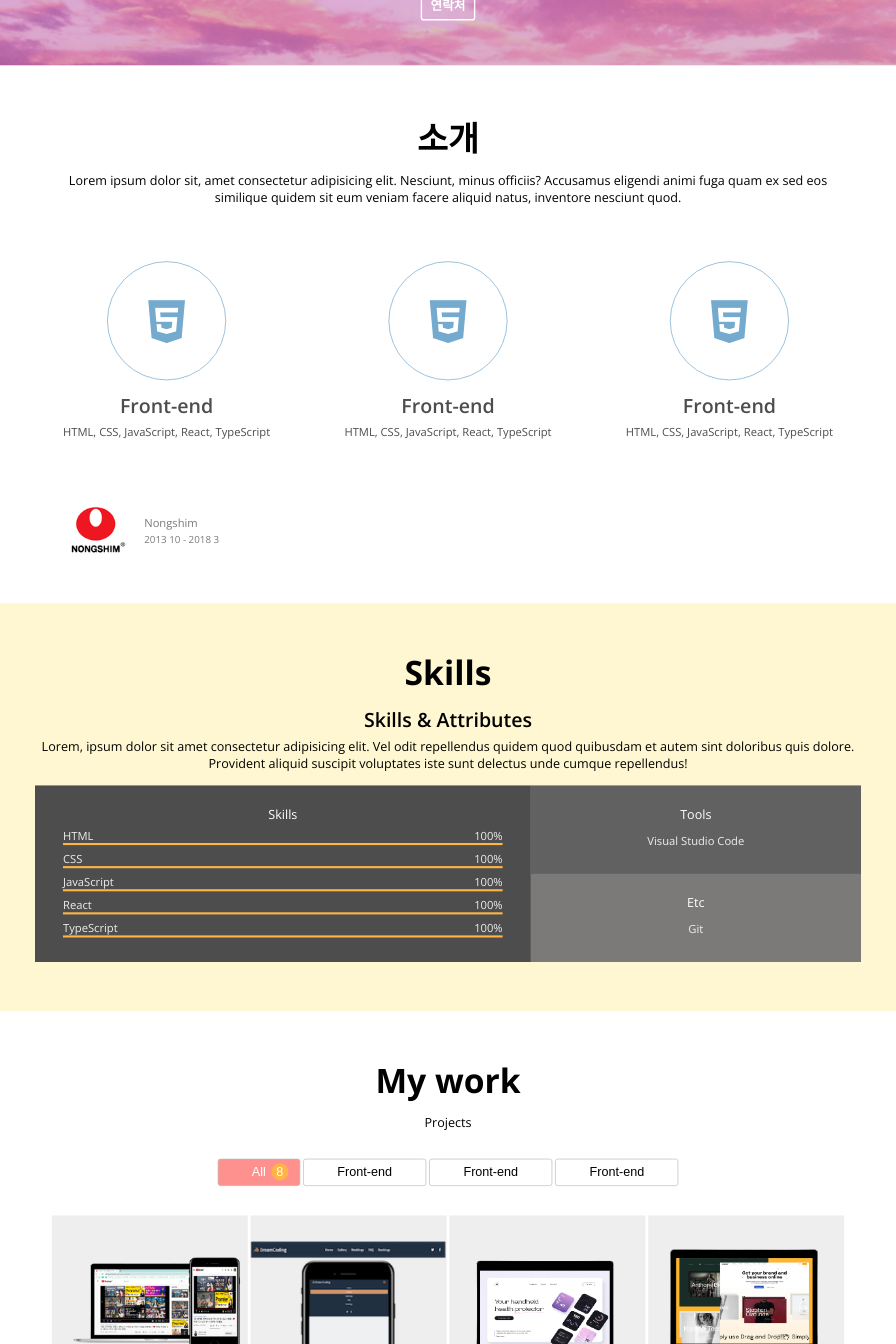
Repository: beomsu9696/Dream_Coding_Academy4
Page: index.html
These files come from the project's save history. The page is drawn as it stood at one moment and after the next save; the edit follows.
The browser window is 1280 px wide. The pictures show the part of the page from y = 636 to 2556 px (the page is 3971 px tall before and 4053 px after), at 70% of full size.
Some web libraries are served in a nearby version.

Above is the page before, as saved 2021-03-19 18:22:19.

### index.html
<!DOCTYPE html>
<html lang="en">
  <head>
    <meta charset="UTF-8" />
    <meta name="viewport" content="width=device-width, initial-scale=1.0" />
    <title>김범수 포트폴리오</title>
    <meta name="description" content="Portfolio" />
    <meta name="author" content="Beomsu" />
    <link rel="icon" type="image/png" href="images/favicon.png" />
    <script
      src="https://kit.fontawesome.com/c90a48a564.js"
      crossorigin="anonymous"
    ></script>
    <link rel="preconnect" href="https://fonts.gstatic.com" />
    <link
      href="https://fonts.googleapis.com/css2?family=Open+Sans:wght@400;600;700&display=swap"
      rel="stylesheet"
    />
    <link rel="stylesheet" href="style.css" />
    <script src="main.js" defer></script>
  </head>
  <body>
    <!-- Navbar -->
    <nav id="navbar">
      <div class="navbar__logo">
        <i class="fab fa-diaspora"></i>
        <a href="#">김범수 포트폴리오</a>
      </div>
      <ul class="navbar__menu">
        <li class="navbar__menu__item active" data-link="#home">홈</li>
        <li class="navbar__menu__item" data-link="#about">소개</li>
        <li class="navbar__menu__item" data-link="#skills">기술</li>
        <li class="navbar__menu__item" data-link="#work">프로젝트</li>
        <li class="navbar__menu__item" data-link="#testimonials">추천사</li>
        <li class="navbar__menu__item" data-link="#contact">연락처</li>
      </ul>
      <!-- Togglle button -->
      <button class="navbar__toggle-btn">
        <i class="fas fa-bars"></i>
      </button>
    </nav>
    <!-- Home -->
    <section id="home">
      <div class="home__container">
        <img
          src="images/IMG_1234.JPG"
          alt="profile photo"
          class="home__avatar"
        />
        <h1 class="home__title">
          안녕하세요, <br />프론트엔드 개발자 김범수 입니다.
        </h1>
        <h2 class="home__description">구직중 🇰🇷</h2>
        <button class="home__contact">연락처</button>
      </div>
    </section>
    <!-- About -->
    <section id="about" class="section section__container">
      <h1>소개</h1>
      <p>
        Lorem ipsum dolor sit, amet consectetur adipisicing elit. Nesciunt,
        minus officiis? Accusamus eligendi animi fuga quam ex sed eos similique
        quidem sit eum veniam facere aliquid natus, inventore nesciunt quod.
      </p>
      <div class="about__majors">
        <div class="major">
          <div class="major__icon">
            <i class="fab fa-html5"></i>
          </div>
          <h2 class="major__title">Front-end</h2>
          <div class="major__description">
            HTML, CSS, JavaScript, React, TypeScript
          </div>
        </div>
        <div class="major">
          <div class="major__icon">
            <i class="fab fa-html5"></i>
          </div>
          <h2 class="major__title">Front-end</h2>
          <div class="major__description">
            HTML, CSS, JavaScript, React, TypeScript
          </div>
        </div>
        <div class="major">
          <div class="major__icon">
            <i class="fab fa-html5"></i>
          </div>
          <h2 class="major__title">Front-end</h2>
          <div class="major__description">
            HTML, CSS, JavaScript, React, TypeScript
          </div>
        </div>
      </div>
      <div class="about__jobs">
        <div class="job">
          <img
            src="images/jobs/logo-nongshim.png"
            alt="nongshim"
            class="job__logo"
          />
          <div class="job__description">
            <p class="job__name">Nongshim</p>
            <p class="job__period">2013 10 - 2018 3</p>
          </div>
        </div>
        <div class="job">
          <img src="" alt="" class="job__logo" />
          <div class="job__description">
            <p class="job__name"></p>
            <p class="job__period"></p>
          </div>
        </div>
      </div>
    </section>
    <!-- Skills -->
    <section id="skills" class="section">
      <div class="section__container">
        <h1>Skills</h1>
        <h2>Skills & Attributes</h2>
        <p>
          Lorem, ipsum dolor sit amet consectetur adipisicing elit. Vel odit
          repellendus quidem quod quibusdam et autem sint doloribus quis dolore.
          Provident aliquid suscipit voluptates iste sunt delectus unde cumque
          repellendus!
        </p>
        <div class="skillset">
          <div class="skillset__left">
            <h3 class="skillset__title">Skills</h3>
            <div class="skill">
              <div class="skill__description">
                <span>HTML</span>
                <span>100%</span>
              </div>
              <!-- <progress value="100" max="100"></progress> -->
              <div class="skill__bar">
                <div class="skill__value" style="width: 100%"></div>
              </div>
            </div>
            <div class="skill">
              <div class="skill__description">
                <span>CSS</span>
                <span>100%</span>
              </div>
              <div class="skill__bar">
                <div class="skill__value"></div>
              </div>
            </div>
            <div class="skill">
              <div class="skill__description">
                <span>JavaScript</span>
                <span>100%</span>
              </div>
              <div class="skill__bar">
                <div class="skill__value"></div>
              </div>
            </div>
            <div class="skill">
              <div class="skill__description">
                <span>React</span>
                <span>100%</span>
              </div>
              <div class="skill__bar">
                <div class="skill__value"></div>
              </div>
            </div>
            <div class="skill">
              <div class="skill__description">
                <span>TypeScript</span>
                <span>100%</span>
              </div>
              <div class="skill__bar">
                <div class="skill__value"></div>
              </div>
            </div>
          </div>
          <div class="skillset__right">
            <div class="tools">
              <h3 class="skillset__title">Tools</h3>
              <ul class="tools__list">
                <li><span>Visual Studio Code</span></li>
              </ul>
            </div>
            <div class="etc">
              <h3 class="skillset__title">Etc</h3>
              <ul class="etc__list">
                <li><span>Git</span></li>
              </ul>
            </div>
          </div>
        </div>
      </div>
    </section>
    <!-- Work -->
    <section id="work" class="section">
      <div class="section__container">
        <h1>My work</h1>
        <h3>Projects</h3>
        <div class="work__categories">
          <button class="category__btn selected" data-filter="*">
            All <span class="category__count">8</span>
          </button>
          <button class="category__btn" data-filter="front-end1">
            Front-end <span class="category__count">1</span>
          </button>
          <button class="category__btn" data-filter="front-end2">
            Front-end <span class="category__count">1</span>
          </button>
          <button class="category__btn" data-filter="front-end3">
            Front-end <span class="category__count">1</span>
          </button>
        </div>
        <div class="work__projects">
          <a href="#" class="project" target="_blank" data-type="front-end1">
            <img
              class="project__img"
              src="images/projects/project1.png"
              alt="Project1"
            />
            <div class="project__description">
              <h3>Project</h3>
              <span>Clone coding with HTML and CSS</span>
            </div>
          </a>
          <a href="#" class="project" target="_blank" data-type="front-end2">
            <img
              class="project__img"
              src="images/projects/project2.png"
              alt="Project2"
            />
            <div class="project__description">
              <h3>Project</h3>
              <span>Clone coding with HTML and CSS</span>
            </div>
          </a>
          <a href="#" class="project" target="_blank" data-type="front-end3">
            <img
              class="project__img"
              src="images/projects/project3.png"
              alt="Project3"
            />
            <div class="project__description">
              <h3>Project</h3>
              <span>Clone coding with HTML and CSS</span>
            </div>
          </a>
          <a href="#" class="project" target="_blank">
            <img
              class="project__img"
              src="images/projects/project4.png"
              alt="Project4"
            />
            <div class="project__description">
              <h3>Project</h3>
              <span>Clone coding with HTML and CSS</span>
            </div>
          </a>
          <a href="#" class="project" target="_blank">
            <img
              class="project__img"
              src="images/projects/project5.png"
              alt="Project5"
            />
            <div class="project__description">
              <h3>Project</h3>
              <span>Clone coding with HTML and CSS</span>
            </div>
          </a>
          <a href="#" class="project" target="_blank">
            <img
              class="project__img"
              src="images/projects/project6.png"
              alt="Project6"
            />
            <div class="project__description">
              <h3>Project</h3>
              <span>Clone coding with HTML and CSS</span>
            </div>
          </a>
          <a href="#" class="project" target="_blank">
            <img
              class="project__img"
              src="images/projects/project7.png"
              alt="Project7"
            />
            <div class="project__description">
              <h3>Project</h3>
              <span>Clone coding with HTML and CSS</span>
            </div>
          </a>
          <a href="#" class="project" target="_blank">
            <img
              class="project__img"
              src="images/projects/project8.png"
              alt="Project8"
            />
            <div class="project__description">
              <h3>Project</h3>
              <span>Clone coding with HTML and CSS</span>
            </div>
          </a>
        </div>
      </div>
    </section>
    <!-- Testimonials -->
    <section id="testimonials" class="section">
      <div class="section__container">
        <h1>Testimonials</h1>
        <h3>See what they say about me</h3>
        <div class="testimonials">
          <div class="testimonial">
            <img
              src="images/pig.jpg"
              alt="People"
              class="testimonial__avatar"
            />
            <div class="testimonial__speech-bubble">
              <p>
                Lorem ipsum dolor sit amet consectetur adipisicing elit.
                Corporis sequi mollitia odit commodi, neque illo. Voluptatum
                possimus illum qui dolores optio porro ipsa doloribus atque
                tenetur voluptas, distinctio nulla sit?
              </p>
              <p class="name"><a href="#">Man</a>Google</p>
            </div>
          </div>
          <div class="testimonial">
            <div class="testimonial__speech-bubble">
              <p>
                Lorem ipsum dolor sit amet consectetur adipisicing elit.
                Corporis sequi mollitia odit commodi, neque illo. Voluptatum
                possimus illum qui dolores optio porro ipsa doloribus atque
                tenetur voluptas, distinctio nulla sit?
              </p>
              <p class="name"><a href="#">Man</a>Google</p>
            </div>
            <img
              src="images/pig.jpg"
              alt="People"
              class="testimonial__avatar"
            />
          </div>
        </div>
      </div>
    </section>
    <!-- Contact -->
    <section id="contact" class="section">
      <h1 class="contact__title">Let's talk</h1>
      <h2 class="contact__email">복덩이@gmail.com</h2>
      <div class="contact__links">
        <a href="#" target="_blank">
          <i class="fab fa-github"></i>
        </a>
        <a href="#" target="_blank">
          <i class="fab fa-linkedin"></i>
        </a>
      </div>
      <p class="contact__rights">
        2021 Dream Coding Ellie - All rights reserved
      </p>
    </section>
    <!-- Arrow up -->
    <button class="arrow-up">
      <i class="fa fa-arrow-up"></i>
    </button>
  </body>
</html>

### style.css
/* Universal tags */
* {
  box-sizing: border-box;
}

body {
  margin: 0;
  font-family: "Open Sans", sans-serif;
  cursor: default;
}

a {
  text-decoration: none;
  color: var(--color-white);
}

ul {
  list-style: none;
  padding-left: 0;
}

button {
  outline: none;
  background-color: transparent;
  cursor: pointer;
  border: none;
  padding: 0;
}

/* Global */
:root {
  /* Color */
  --color-white: #ffffff;
  --color-light-white: #eeeeee;
  --color-dark-white: #bdbdbd;
  --color-pink: #fe918d;
  --color-dark-pink: #ff6863;
  --color-dark-grey: #4d4d4d;
  --color-grey: #616161;
  --color-light-grey: #7c7979;
  --color-blue: #73aace;
  --color-yellow: #fff7d1;
  --color-orange: #feb546;
  --color-black: #000000;

  /* Font size */
  --font-large: 48px;
  --font-medium: 28px;
  --font-regular: 18px;
  --font-small: 16px;
  --font-micro: 14px;

  /* Font weight */
  --weight-bold: 700;
  --weight-semi-bold: 600;
  --weight-regular: 400;

  /* Size */
  --size-border-radius: 4px;

  /* Animation */
  --animation-duration: 300ms;
}

/* Typography */

h1 {
  font-size: var(--font-large);
  font-weight: var(--weight-bold);
  color: var(--color-black);
  margin: 16px 0px;
}

h2 {
  font-size: var(--font-medium);
  font-weight: var(--weight-semi-bold);
  color: var(--color-black);
  margin: 8px 0;
}

h3 {
  font-size: var(--font-regular);
  font-weight: var(--weight-regular);
  color: var(--color-black);
  margin: 8px 0;
}

p {
  font-size: var(--font-regular);
  font-weight: var(--weight-regular);
  color: var(--color-black);
  margin: 4px 0;
}

/* Navbar */
#navbar {
  position: fixed;
  width: 100%;
  display: flex;
  justify-content: space-between;
  align-items: center;
  color: var(--color-white);
  padding: 16px;
  background-color: transparent;
  transition: all var(--animation-duration) ease-in-out;
  z-index: 1;
}

#navbar.navbar--dark {
  background-color: var(--color-pink);
  padding: 8px;
}

.navbar__menu {
  display: flex;
}

.navbar__logo {
  font-size: var(--font-medium);
  font-weight: var(--weight-semi-bold);
}

.navbar__menu__item {
  padding: 8px 12px;
  margin: 0 4px;
  cursor: pointer;
  border-radius: var(--size-border-radius);
  border: 1px solid transparent;
}

.navbar__menu__item.active {
  border: 1px solid var(--color-white);
}

.navbar__menu__item:hover {
  border: 1px solid var(--color-white);
  background-color: var(--color-dark-pink);
}

.navbar__toggle-btn {
  position: absolute;
  top: 24px;
  right: 32px;
  font-size: 24px;
  color: var(--color-white);
  display: none;
}

/* Home */
#home {
  background: center/cover no-repeat url(images/homebackground.png);
  padding: 40px;
  padding-top: 120px;
  text-align: center;
}

.home__avatar {
  width: 250px;
  height: 250px;
  border-radius: 50%;
  border: 2px solid var(--color-light-white);
  object-fit: cover;
}

.home__title,
.home__description {
  color: var(--color-white);
}

.home__contact {
  color: var(--color-white);
  font-size: var(--font-regular);
  font-weight: var(--weight-bold);
  margin: 24px;
  padding: 8px 12px;
  border: 2px solid var(--color-white);
  border-radius: var(--size-border-radius);
}

.home__contact:hover {
  background-color: var(--color-orange);
}

/* Section common */
.section {
  text-align: center;
  padding: 50px;
  margin: auto;
}

.section__container {
  max-width: 1200px;
  margin: auto;
}
/* About */
.about__majors {
  display: flex;
  justify-content: space-between;
  margin: 80px 0;
}

.major__icon {
  width: 170px;
  height: 170px;
  line-height: 170px;
  font-size: 70px;
  margin: auto;
  color: var(--color-blue);
  border: 1px solid var(--color-blue);
  border-radius: 50%;
  margin-bottom: 16px;
}

.major__icon i {
  transition: all var(--animation-duration) ease;
}

.major__icon:hover i {
  color: var(--color-pink);
  transform: rotate(-30deg) scale(1.1);
}

.major__title,
.major__description {
  color: var(--color-dark-grey);
}

.major__description {
  font-size: var(--font-small);
}

.job {
  display: flex;
  align-items: center;
}

.job__description {
  margin: 0 16px;
  text-align: left;
}

.job__name,
.job__period {
  color: var(--color-light-grey);
}

.job__name {
  font-size: var(--font-small);
}

.job__period {
  font-size: var(--font-micro);
}

/* Skill */
#skills {
  background-color: var(--color-yellow);
}

.skillset {
  display: flex;
  background-color: var(--color-light-grey);
  color: var(--color-light-white);
  margin: 20px 0;
}

.skillset__title {
  color: var(--color-white);
}

.skillset__left {
  flex-basis: 60%;
  background-color: var(--color-dark-grey);
  padding: 20px 40px;
}

.skill {
  margin-bottom: 8px;
}

.skill__description {
  display: flex;
  justify-content: space-between;
}

.skill__bar {
  width: 100%;
  height: 3px;
  background-color: var(--color-grey);
}

.skill__value {
  width: 100%;
  height: 3px;
  background-color: var(--color-orange);
}

.skillset__right {
  flex-basis: 40%;
}

.tools {
  background-color: var(--color-grey);
}

.tools,
.etc {
  padding: 20px;
}

/* Work */
.work__categories {
  margin: 40px;
}

.category__btn {
  border: 1px solid var(--color-dark-white);
  border-radius: var(--size-border-radius);
  font-size: var(--font-regular);
  padding: 8px 48px;
  position: relative;
}

.category__btn.selected,
.category__btn:hover {
  background-color: var(--color-pink);
  color: var(--color-white);
}

.category__btn.selected .category__count,
.category__btn:hover .category__count {
  opacity: 1;
  top: 6px;
}

.category__count {
  background-color: var(--color-orange);
  border-radius: 50%;
  color: var(--color-white);
  width: 24px;
  height: 24px;
  line-height: 24px;
  display: inline-block;
  position: absolute;
  top: -20px;
  right: 16px;
  opacity: 0;
  transition: all var(--animation-duration) ease-in;
}

.work__projects {
  display: flex;
  flex-wrap: wrap;
  justify-content: center;
  opacity: 1;
  transition: all var(--animation-duration) ease-out;
}

.work__projects.anim-out {
  opacity: 0.6;
  transform: scale(0.96) translateY(40px);
}

.project {
  position: relative;
  display: flex;
  justify-content: center;
  align-items: center;
  width: 280px;
  height: 250px;
  margin: 2px;
  background-color: var(--color-light-white);
}

.project.invisible {
  display: none;
}

.project__img {
  max-width: 100%;
  max-height: 100%;
}

.project__description {
  position: absolute;
  background-color: black;
  display: flex;
  flex-direction: column;
  justify-content: center;
  width: 100%;
  height: 100%;
  top: 0;
  left: 0;
  opacity: 0;
  transform: translateY(10px);
  transition: all var(--animation-duration) ease-in;
}

.project:hover .project__description {
  transform: translateY(0px);
  opacity: 0.8;
}

.project__description h3 {
  color: var(--color-orange);
}

.project__description h3:after {
  content: "";
  display: block;
  position: relative;
  left: 50%;
  width: 50px;
  height: 2px;
  transform: translateX(-50%);
  margin-top: 8px;
  background-color: var(--color-dark-white);
}

/* Testimonial */
#testimonials {
  background-color: var(--color-light-white);
}

.testimonials {
  margin: 40px;
}

.testimonial {
  display: flex;
  margin: 32px 0;
}

.testimonial__avatar {
  width: 150px;
  height: 150px;
  border-radius: 50%;
}

.testimonial__avatar:nth-child(odd) {
  margin-right: 40px;
}
.testimonial__avatar:nth-child(even) {
  margin-left: 40px;
}

.testimonial__speech-bubble {
  padding: 18px;
  background-color: var(--color-white);
  border-radius: var(--size-border-radius);
}

.testimonial__speech-bubble p {
  color: var(--color-light-grey);
}

.testimonial__speech-bubble a {
  color: var(--color-pink);
}

/* Contact */
#contact {
  background-color: var(--color-pink);
}

.contact__title,
.contact__email,
.contact__rights {
  color: var(--color-white);
}

.contact__title {
  margin: 32px 0;
}

.contact__links {
  font-size: var(--font-large);
  margin: 24px 0;
}

.contact__links i {
  transition: all var(--animation-duration) ease-in;
}

.contact__links i:hover {
  transform: scale(1.1);
  color: var(--color-yellow);
}

/* Scroll */
.arrow-up {
  position: fixed;
  bottom: 50px;
  right: 50px;
  font-size: 50px;
  width: 70px;
  height: 70px;
  background-color: var(--color-pink);
  color: var(--color-white);
  border-radius: 50%;
  opacity: 0;
  transition: all 300ms ease-in;
  pointer-events: none;
}

.arrow-up.visible {
  opacity: 1;
  pointer-events: auto;
}

/* For below 768px screen width */
@media screen and (max-width: 768px) {
  :root {
    /* Font size */
    --font-large: 30px;
    --font-medium: 18px;
    --font-regular: 16px;
    --font-small: 14px;
    --font-micro: 12px;
  }

  .navbar__toggle-btn {
    display: block;
    top: 16px;
    right: 16px;
    font-size: var(--font-medium);
  }

  #navbar {
    flex-direction: column;
    align-items: flex-start;
    background-color: var(--color-pink);
  }
  #navbar.navbar--dark {
    padding: 16px;
  }
  .navbar__menu {
    flex-direction: column;
    text-align: center;
    width: 100%;
    display: none;
  }

  .navbar__menu.open {
    display: block;
  }

  .section {
    padding: 16px;
    padding-top: 40px;
  }

  .about__majors {
    flex-direction: column;
    margin-top: 30px;
    margin-bottom: 0px;
  }

  .major {
    margin-bottom: 30px;
  }

  .skillset {
    flex-direction: column;
  }

  .category__btn {
    padding: 8px;
  }

  .project {
    flex-grow: 1;
  }

  .testimonial {
    flex-direction: column;
    align-items: center;
  }

  .testmonial__avatar {
    width: 120px;
    height: 120px;
  }

  .testimonial__avatar:nth-child(even),
  .testimonial__avatar:nth-child(odd) {
    margin: 0;
    margin-bottom: 8px;
  }

  .testimonial__speech-bubble {
    order: 1;
  }

  .arrow-up {
    width: 50px;
    height: 50px;
    font-size: 30px;
    line-height: 50px;
    right: 16px;
    bottom: 16px;
  }
}
/* For below 970px screen width */
@media screen and (max-width: 970px) {
  .work__categories {
    display: flex;
    flex-direction: column;
  }

  .category__btn:nth-child(even),
  .category__btn:nth-child(3) {
    margin-top: 4px;
  }
}

Loaded but not shown: main.js (155 lines, source omitted)

After the next save:
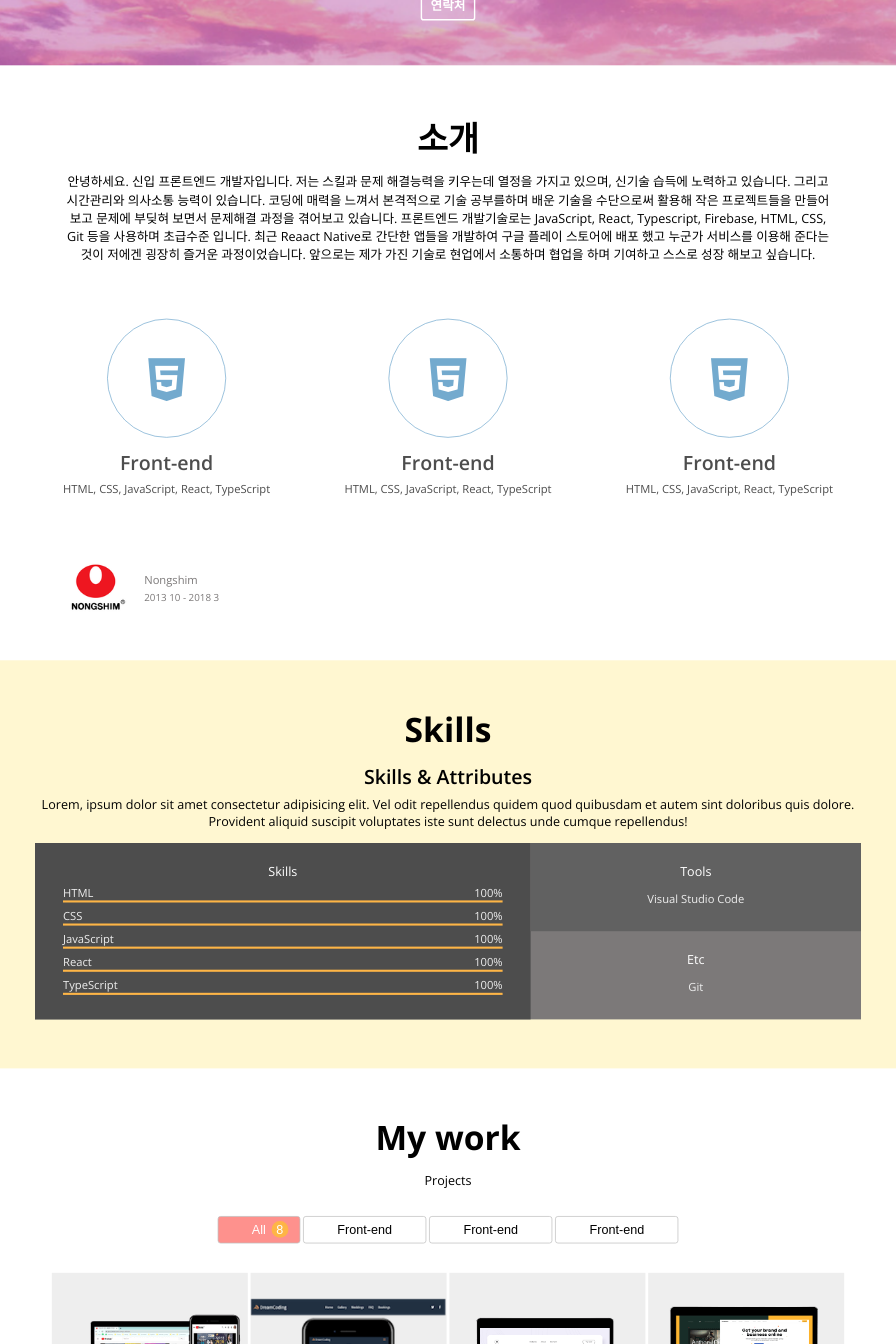
Saved 55 s later.
--- a/index.html
+++ b/index.html
@@ -58,9 +58,17 @@
     <section id="about" class="section section__container">
       <h1>소개</h1>
       <p>
-        Lorem ipsum dolor sit, amet consectetur adipisicing elit. Nesciunt,
-        minus officiis? Accusamus eligendi animi fuga quam ex sed eos similique
-        quidem sit eum veniam facere aliquid natus, inventore nesciunt quod.
+        안녕하세요. 신입 프론트엔드 개발자입니다. 저는 스킬과 문제 해결능력을
+        키우는데 열정을 가지고 있으며, 신기술 습득에 노력하고 있습니다. 그리고
+        시간관리와 의사소통 능력이 있습니다. 코딩에 매력을 느껴서 본격적으로
+        기술 공부를하며 배운 기술을 수단으로써 활용해 작은 프로젝트들을 만들어
+        보고 문제에 부딪혀 보면서 문제해결 과정을 겪어보고 있습니다. 프론트엔드
+        개발기술로는 JavaScript, React, Typescript, Firebase, HTML, CSS, Git
+        등을 사용하며 초급수준 입니다. 최근 Reaact Native로 간단한 앱들을
+        개발하여 구글 플레이 스토어에 배포 했고 누군가 서비스를 이용해
+        준다는것이 저에겐 굉장히 즐거운 과정이었습니다. 앞으로는 제가 가진
+        기술로 현업에서 소통하며 협업을 하며 기여하고 스스로 성장 해보고
+        싶습니다.
       </p>
       <div class="about__majors">
         <div class="major">
